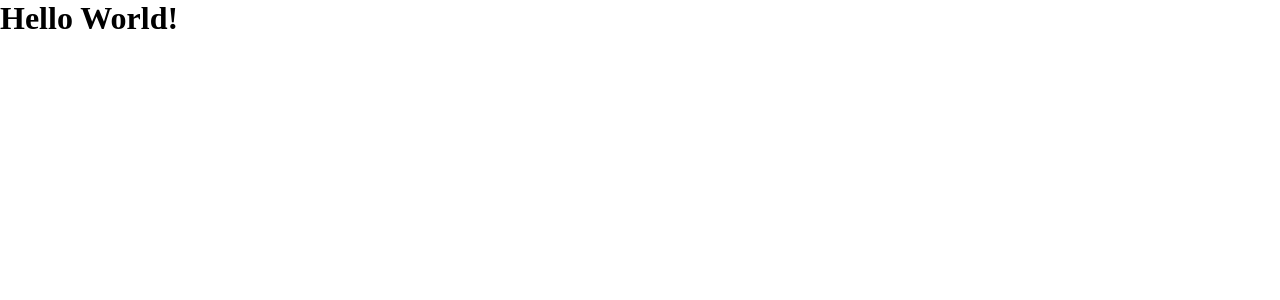
Repository: badhon252/revision
Page: day7 Sass/index.html
The author's editor kept a copy of each file at every save. The page is drawn from the files as they stood at one save, then again after the next save.
The browser window is 1280 px wide. The pictures show the whole page.
The style sheet was rebuilt from its Sass, Less or Tailwind sources for each picture, by a compiler version that may differ from the author's.

Above is the page before, as saved 2022-02-12 19:54:00.

After the next save:
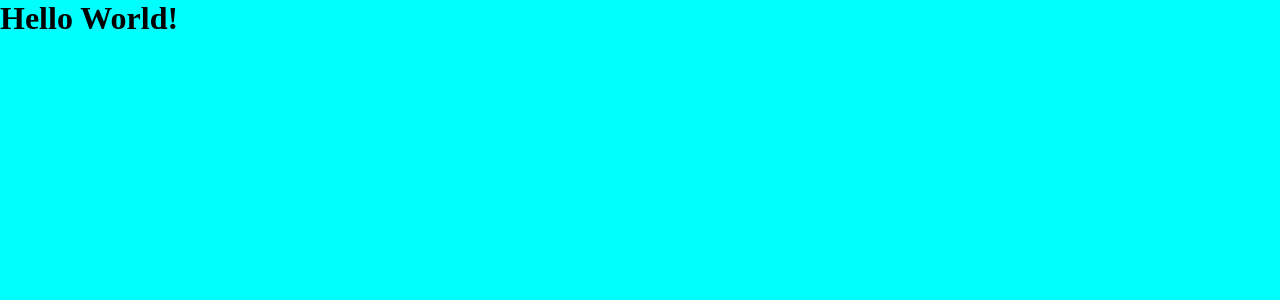
Saved 27 s later.
--- a/day7 Sass/style.scss
+++ b/day7 Sass/style.scss
@@ -8,4 +8,5 @@ header {
   display: flex;
   width: 100vw;
   height: 100vh;
+  background-color: cyan;
 }
